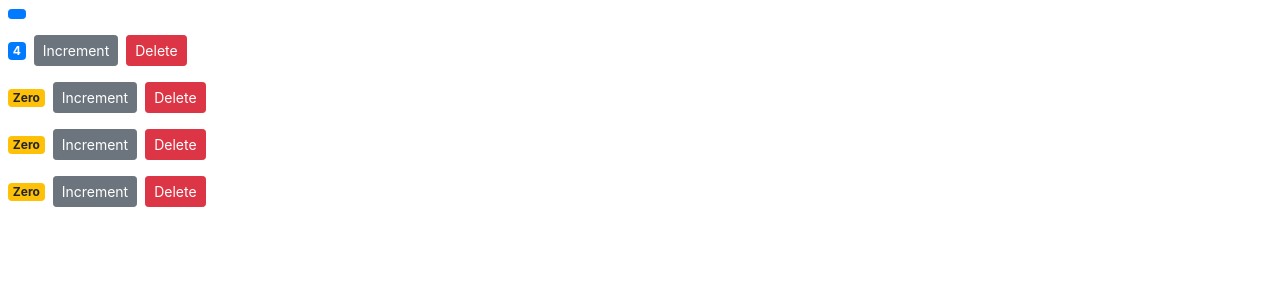
Repository: smk87/First-React-App
Page: /
The author's editor kept a copy of each file at every save. The page is drawn from the files as they stood at one save, then again after a run of saves.
The browser window is 1280 px wide. The pictures show the whole page.
The project was rebuilt for these pictures with package versions that can differ from the ones it lists, and the page was loaded fresh each time. Also part of the build but not shown: src/App.css, src/App.js.

Above is the page before, as saved 2019-01-05 18:40:33.

After the next 2 saves:
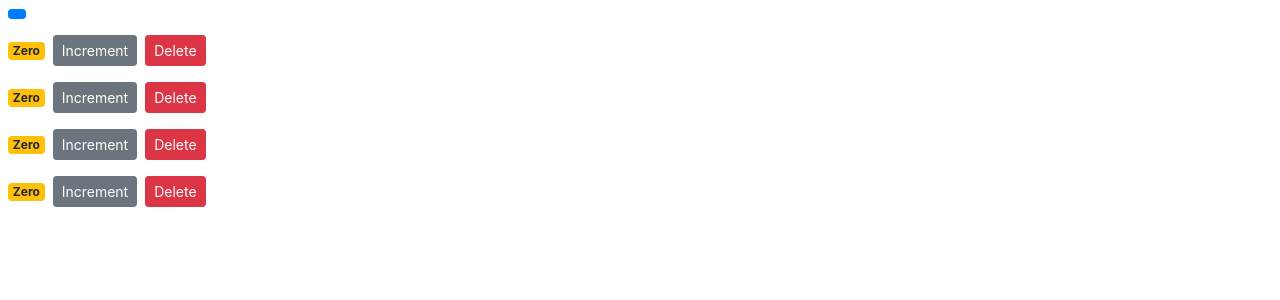
The 2 saves are shown as one change because 1 did not build or start.
The last was saved 2 min 26 s later.
--- a/src/components/counters.jsx
+++ b/src/components/counters.jsx
@@ -16,10 +16,20 @@ class Counters extends Component {
     this.setState({ counters });
   };
 
+  handleReset = () => {
+    const counters = this.state.counters.map(c => {
+      c.value = 0;
+      return c;
+    });
+  };
+
   render() {
     return (
       <div>
-        <button className="btn btn-primary btn-sm m-2" />
+        <button
+          onClick={this.handleReset()}
+          className="btn btn-primary btn-sm m-2"
+        />
         {this.state.counters.map(counter => (
           <Counter
             onDelete={this.handleDelete}
